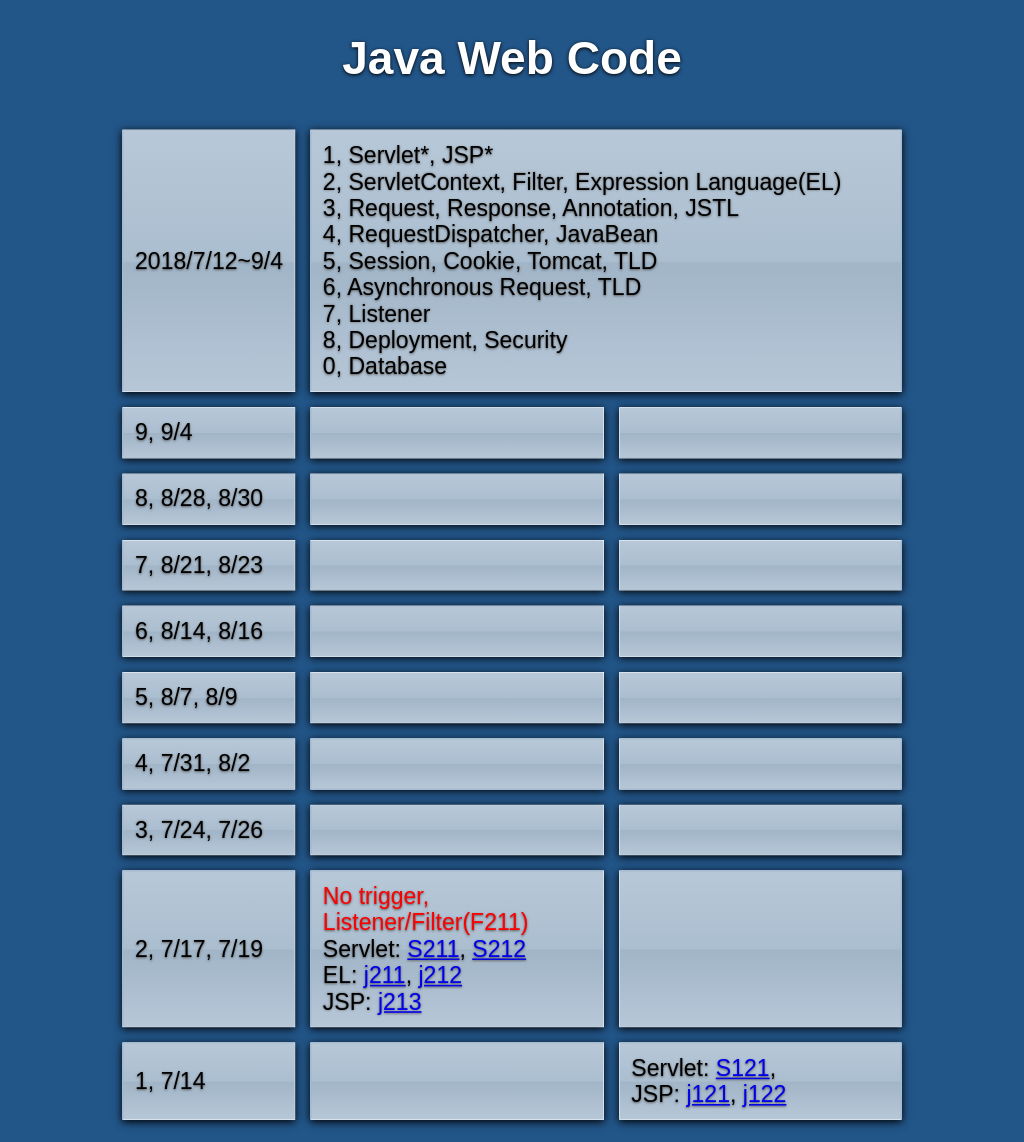
Repository: anxhuang/Java_Web
Page: code/WebContent/index.html
These files come from the project's save history. The page is drawn as it stood at one moment and after the next save; the edit follows.
The browser window is 1280 px wide. The pictures show the whole page, at 80% of full size.

Above is the page before, as saved 2018-07-17 11:44:01.

### code/WebContent/index.html
<!DOCTYPE html>
<html>
<head>
<meta charset="BIG5">
<title>Insert title here</title>
<style>
	body{
		font-size: 0.3in;
		font-family: Arial;
		background: #258;
		/*background-image: url("https://fsa.zobj.net/crop.php?r=ao88GxCisk4oY2NINS9REEtIWhpZOc22-qItDMLD3PM32O_JkS6wNJkg6nyYIREcmC0vWqaqI6LJaUOxd-WXbPJcJwdQ8BFboZ63vqok2a4Dr1BmLINjzf1ENB44EzZlDTbMtV754atZi7iy");*/
		/*background-size: cover;*/
	}
	h1{
		color: #FFF;
		text-shadow: 0px 2px 5px #000;
		text-align: center;
	}
	table{
		width: 80%;
		margin: 0 auto;
		border-spacing: 0.2in;
	}
	td{
		color: #000;
		text-shadow: 0px 1px 3px #555;
		padding: 0.15in;
		border: 1px solid #FFF;
		/*background: rgba(230,230,230,0.8);*/
		/* Permalink - use to edit and share this gradient: http://colorzilla.com/gradient-editor/#f6f8f9+0,e5ebee+50,d7dee3+51,f5f7f9+100&0.7+1,0.7+100 */
		background: -moz-linear-gradient(0deg, rgba(246,248,249,0.7) 0%, rgba(246,248,249,0.7) 1%, rgba(229,235,238,0.7) 50%, rgba(215,222,227,0.7) 51%, rgba(245,247,249,0.7) 100%); /* FF3.6-15 */
		background: -webkit-linear-gradient(0deg, rgba(246,248,249,0.7) 0%,rgba(246,248,249,0.7) 1%,rgba(229,235,238,0.7) 50%,rgba(215,222,227,0.7) 51%,rgba(245,247,249,0.7) 100%); /* Chrome10-25,Safari5.1-6 */
		background: linear-gradient(180deg, rgba(246,248,249,0.7) 0%,rgba(246,248,249,0.7) 1%,rgba(229,235,238,0.7) 50%,rgba(215,222,227,0.7) 51%,rgba(245,247,249,0.7) 100%); /* W3C, IE10+, FF16+, Chrome26+, Opera12+, Safari7+ */
		filter: progid:DXImageTransform.Microsoft.gradient( startColorstr='#b3f6f8f9', endColorstr='#b3f5f7f9',GradientType=1 ); /* IE6-9 fallback on horizontal gradient */
		box-shadow: 0px 2px 10px #000;
	}
	td:first-child{
		width: 20%;
	}
	td:nth-child(2){
		width: 40%;
	}
	td:nth-child(3){
		width: 40%;
	}
</style>
</head>
<body>

	<h1>Java Web Code</h1>

	<table>
		<tbody>
			<tr>
				<td>2018/7/12~9/4</td>
				<td colspan="2">
					1, Servlet*, JSP*<br>
					2, ServletContext, Filter, Expression Language(EL)<br>
					3, Request, Response, Annotation, JSTL<br>
					4, RequestDispatcher, JavaBean<br>
					5, Session, Cookie, Tomcat, TLD<br>
					6, Asynchronous Request, TLD<br>
					7, Listener<br>
					8, Deployment, Security<br>
					0, Database
				</td>
			</tr>
			<tr>
				<td>9, 9/4</td>
				<td></td>
				<td></td>
			</tr>
			<tr>
				<td>8, 8/28, 8/30</td>
				<td></td>
				<td></td>
			</tr>
			<tr>
				<td>7, 8/21, 8/23</td>
				<td></td>
				<td></td>
			</tr>
			<tr>
				<td>6, 8/14, 8/16</td>
				<td></td>
				<td></td>
			</tr>
			<tr>
				<td>5, 8/7, 8/9</td>
				<td></td>
				<td></td>
			</tr>
			<tr>
				<td>4, 7/31, 8/2</td>
				<td></td>
				<td></td>
			</tr>
			<tr>
				<td>3, 7/24, 7/26</td>
				<td></td>
				<td></td>
			</tr>
			<tr>
				<td>2, 7/17, 7/19</td>
				<td>
					<font color="red">No trigger, Listener/Filter(F211)</font>
					<br>
					Servlet:
					<a href="S211">S211</a>,
					<a href="S212">S212</a>
					<br>
					EL:
					<a href="j211.jsp">j211</a>,
					<a href="j212.jsp">j212</a>
					<br>
					JSP:
					<a href="j213.jsp">j213</a>
				</td>
				<td></td>
			</tr>
			<tr>
				<td>1, 7/14</td>
				<td></td>
				<td>
					Servlet:
					<a href="S121">S121</a>,
					<br>
					JSP:
					<a href="j121.jsp">j121</a>,
					<a href="j122.jsp">j122</a>
				</td>
			</tr>
		</tbody>
	</table>
</body>
</html>

After the next save:
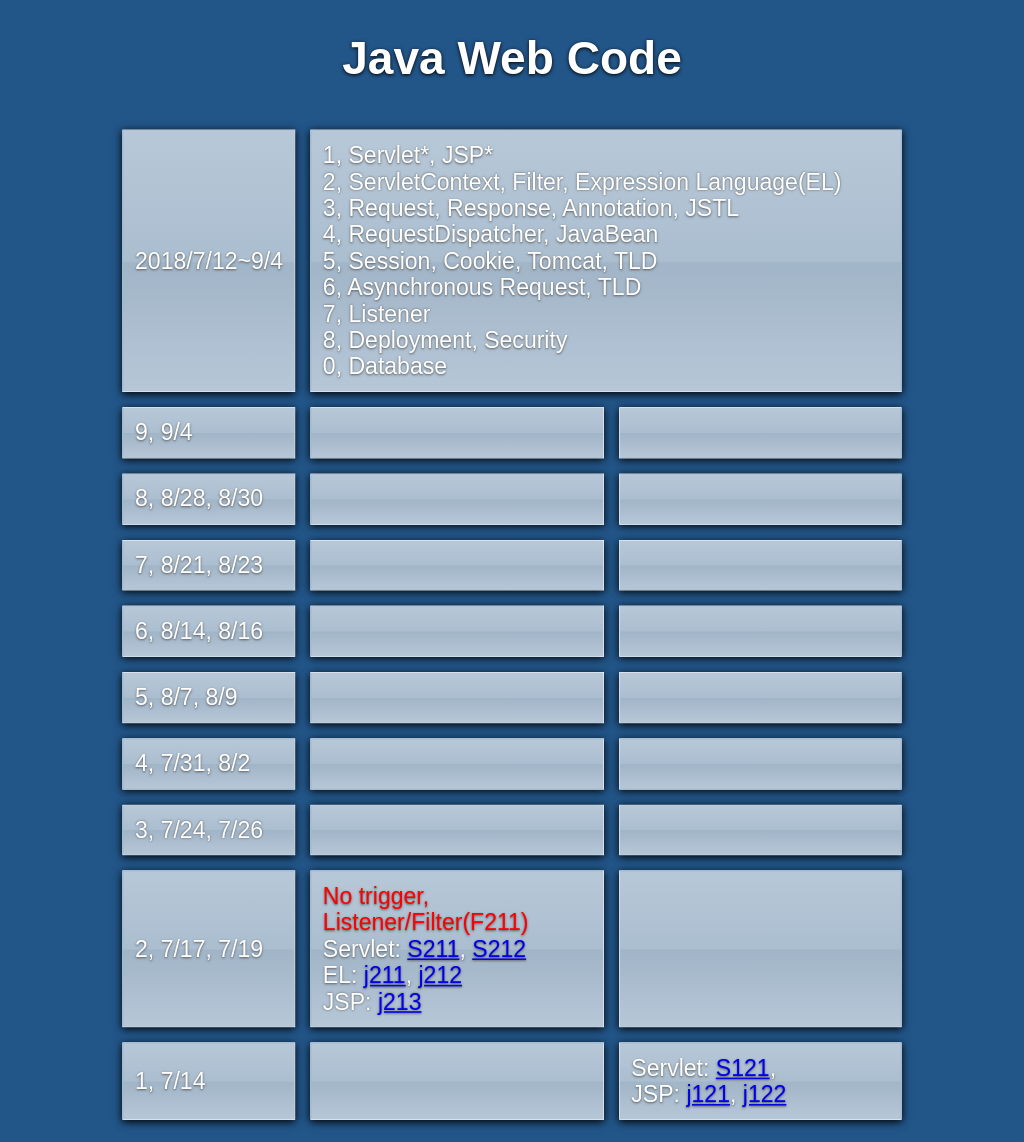
Saved 5 min 16 s later.
--- a/code/WebContent/index.html
+++ b/code/WebContent/index.html
@@ -22,7 +22,7 @@
 		border-spacing: 0.2in;
 	}
 	td{
-		color: #000;
+		color: #FFF;
 		text-shadow: 0px 1px 3px #555;
 		padding: 0.15in;
 		border: 1px solid #FFF;
